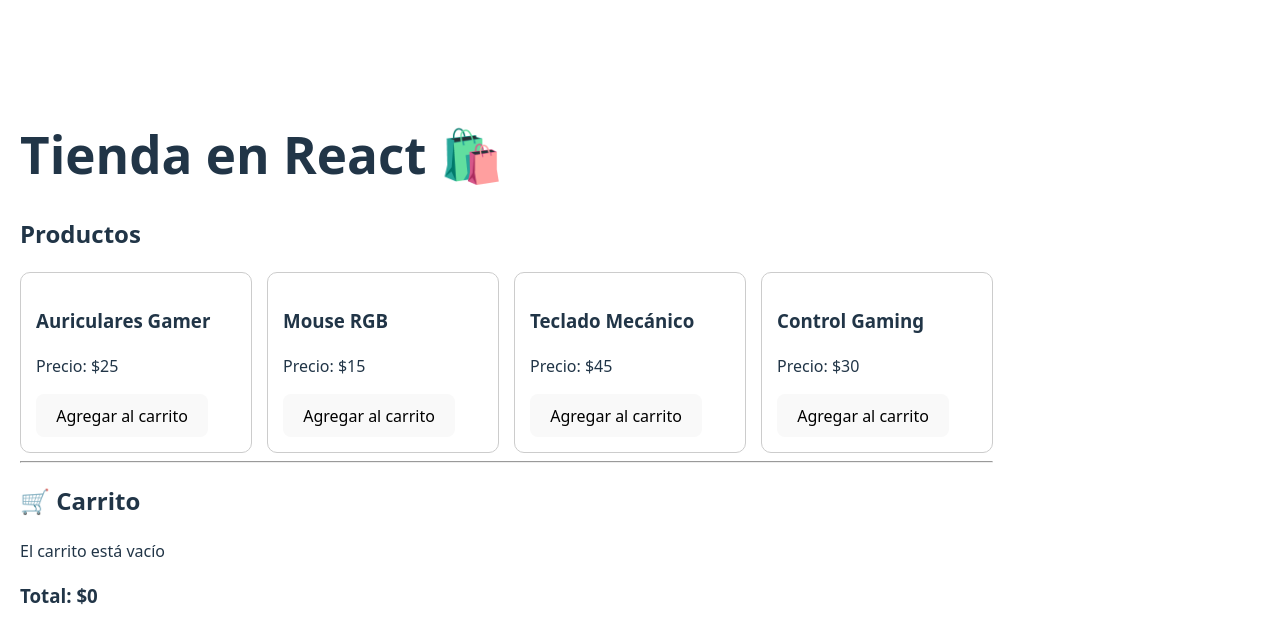
Repository: VictorDS64/PP-STDPROJECTS
Page: / (app in .Mi segunda pagina con react/mi-app-react/)
These files come from the project's save history. The page is drawn as it stood at one moment and after the next save; the edit follows.
The browser window is 1280 px wide. The pictures show the whole page.
The project was rebuilt for these pictures with package versions that can differ from the ones it lists, and the page was loaded fresh each time. Also part of the build but not shown: .Mi segunda pagina con react/mi-app-react/vite.config.js.

Above is the page before, as saved 2026-01-08 19:30:05.

After the next save:
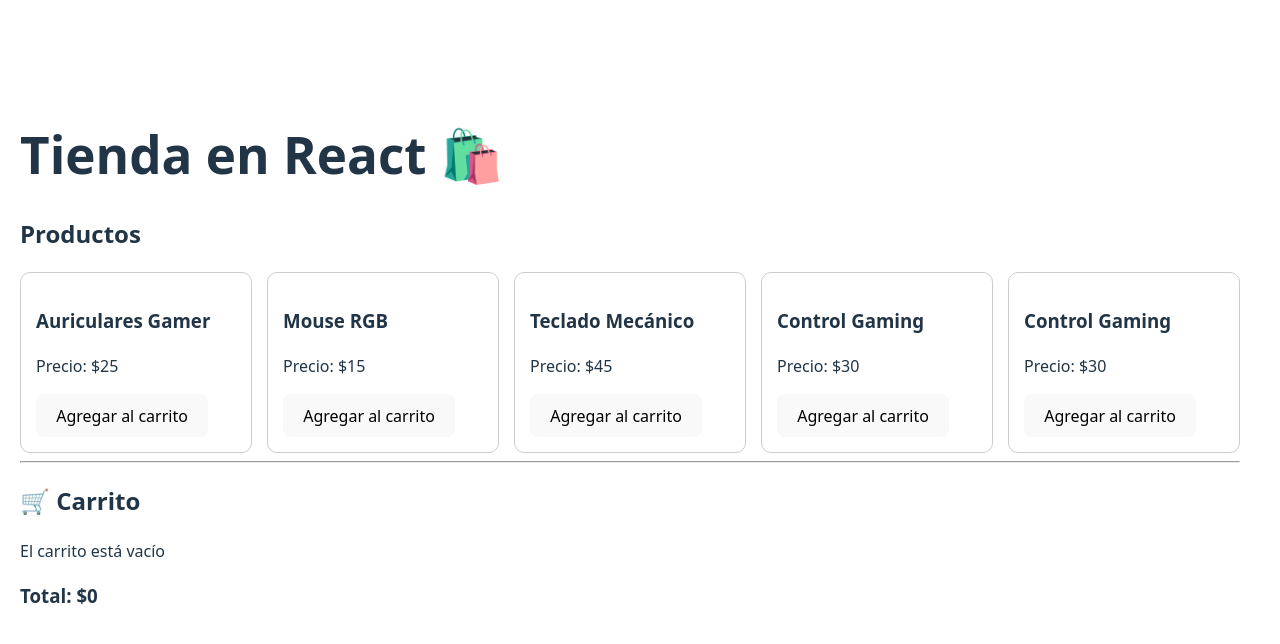
Saved 6 s later.
--- a/.Mi segunda pagina con react/mi-app-react/src/data/products.js
+++ b/.Mi segunda pagina con react/mi-app-react/src/data/products.js
@@ -3,6 +3,7 @@ const products = [
   { id: 2, name: "Mouse RGB", price: 15 },
   { id: 3, name: "Teclado Mecánico", price: 45 },
   { id: 4, name: "Control Gaming", price: 30 },
+  { id: 4, name: "Control Gaming", price: 30 },
 
 ];
 
